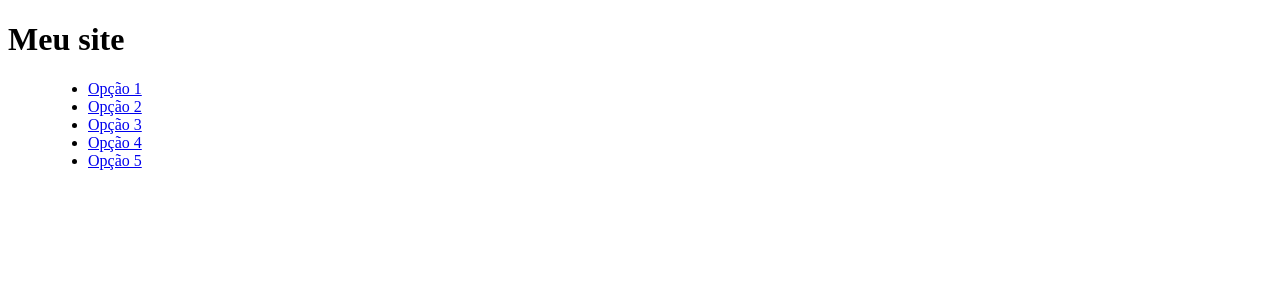
Repository: Sandro1969-tech/menu-hamburger
Page: index.html
An editor plug-in stored every save of this project. The page is shown before and after a run of saves, followed by the edit.
The browser window is 1280 px wide. The pictures show the whole page.

Above is the page before, as saved 2025-12-25 17:46:00.

After the next 2 saves:
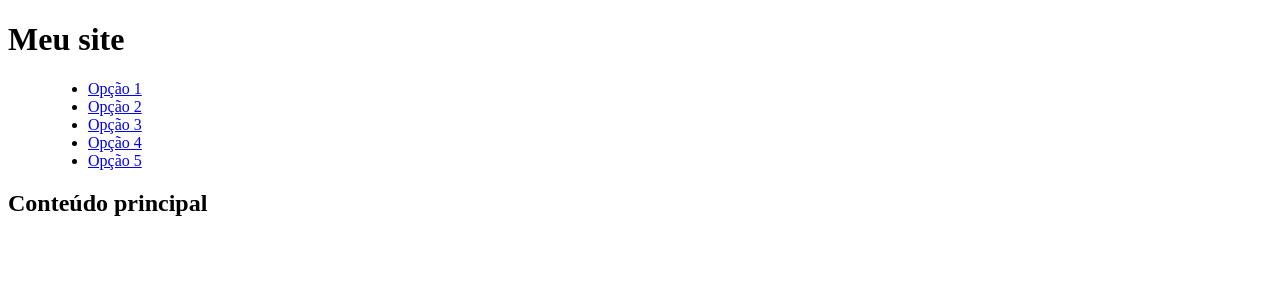
The 2 saves are shown as one change because they came seconds apart.
The last was saved 10 s later.
--- a/index.html
+++ b/index.html
@@ -19,7 +19,8 @@
                 </ul>
             </menu>
                 <article>
-</article>
+                    <h2>Conteúdo principal</h2>
+                </article>
     </main>
   </header>
 </body>

After the save that followed:
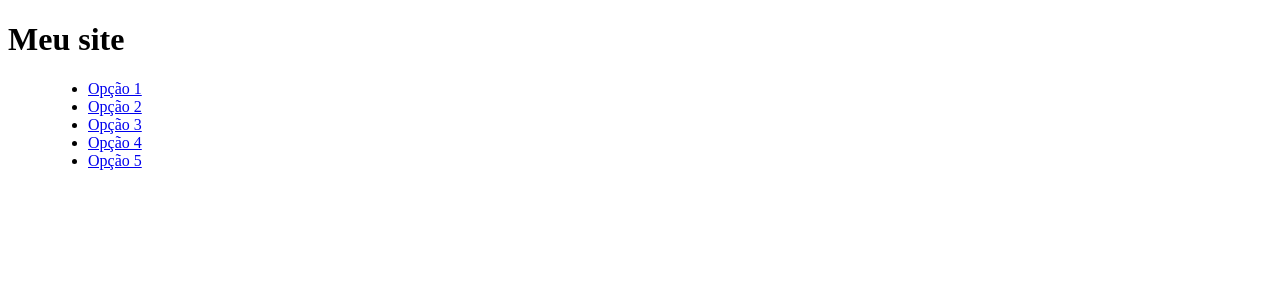
Saved 13 s later.
--- a/index.html
+++ b/index.html
@@ -19,7 +19,7 @@
                 </ul>
             </menu>
                 <article>
-                    <h2>Conteúdo principal</h2>
+                    <h2></h2>
                 </article>
     </main>
   </header>
